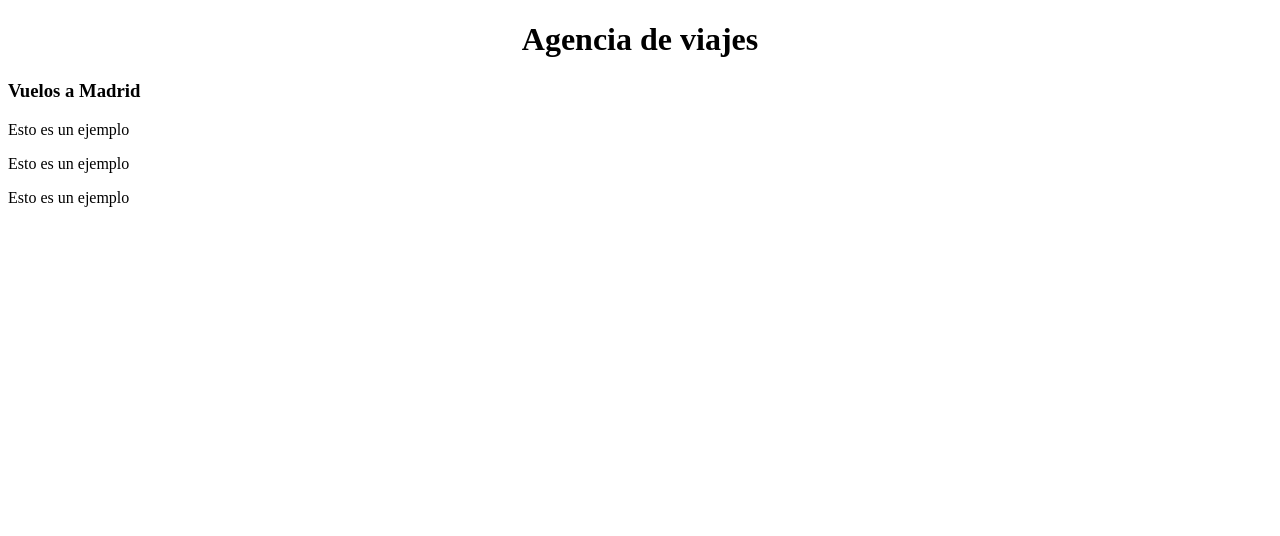
Repository: jchemile/varios
Page: http://localhost/Primeros_pasos_JSP/agencia_viajes.jsp
An editor plug-in stored every save of this project. The page is shown before and after the next save, followed by the edit.
The browser window is 1280 px wide. The pictures show the whole page.
The page is served by Tomcat 9. Other server files are loaded and not shown.

Above is the page before, as saved 2020-04-22 18:12:00.

### pildoras_informaticas/javaee/Primeros_pasos_JSP/WebContent/agencia_viajes.jsp
<%@ page language="java" contentType="text/html; charset=ISO-8859-1"
    pageEncoding="ISO-8859-1"%>
<!DOCTYPE html>
<html>
<head>
<meta charset="ISO-8859-1">
<title>Insert title here</title>
</head>
<body>

<h1 style = "text-align:center">Agencia de viajes</h1>

<%

	//Valor por defecto

	String ciudad_favorita = "Madrid";

	// Lee la cookie de la petición del navegador

	Cookie[] lasCookies=request.getCookies();

	//Buscar la ciudad favorita

	if(lasCookies != null){

		for(Cookie cookie_temporal: lasCookies){

			if("agencia_viajes.ciudad_favorita".equals(cookie_temporal.getName())){

				ciudad_favorita = cookie_temporal.getValue();

				break;

			}

		}
	}

%>

<h3>Vuelos a <%= ciudad_favorita %></h3>
<p>Esto es un ejemplo</p>
<p>Esto es un ejemplo</p>
<p>Esto es un ejemplo</p>
</body>
</html>

After the next save:
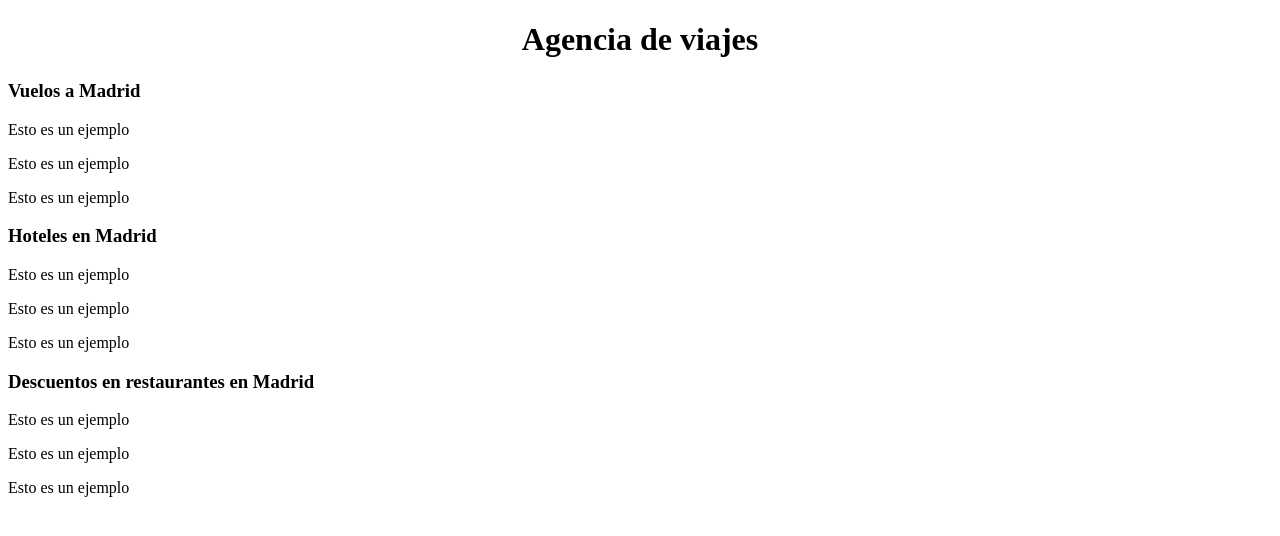
Saved 51 s later.
--- a/pildoras_informaticas/javaee/Primeros_pasos_JSP/WebContent/agencia_viajes.jsp
+++ b/pildoras_informaticas/javaee/Primeros_pasos_JSP/WebContent/agencia_viajes.jsp
@@ -43,5 +43,15 @@
 <p>Esto es un ejemplo</p>
 <p>Esto es un ejemplo</p>
 <p>Esto es un ejemplo</p>
+
+<h3>Hoteles en <%= ciudad_favorita %></h3>
+<p>Esto es un ejemplo</p>
+<p>Esto es un ejemplo</p>
+<p>Esto es un ejemplo</p>
+
+<h3>Descuentos en restaurantes en <%= ciudad_favorita %></h3>
+<p>Esto es un ejemplo</p>
+<p>Esto es un ejemplo</p>
+<p>Esto es un ejemplo</p>
 </body>
 </html>
